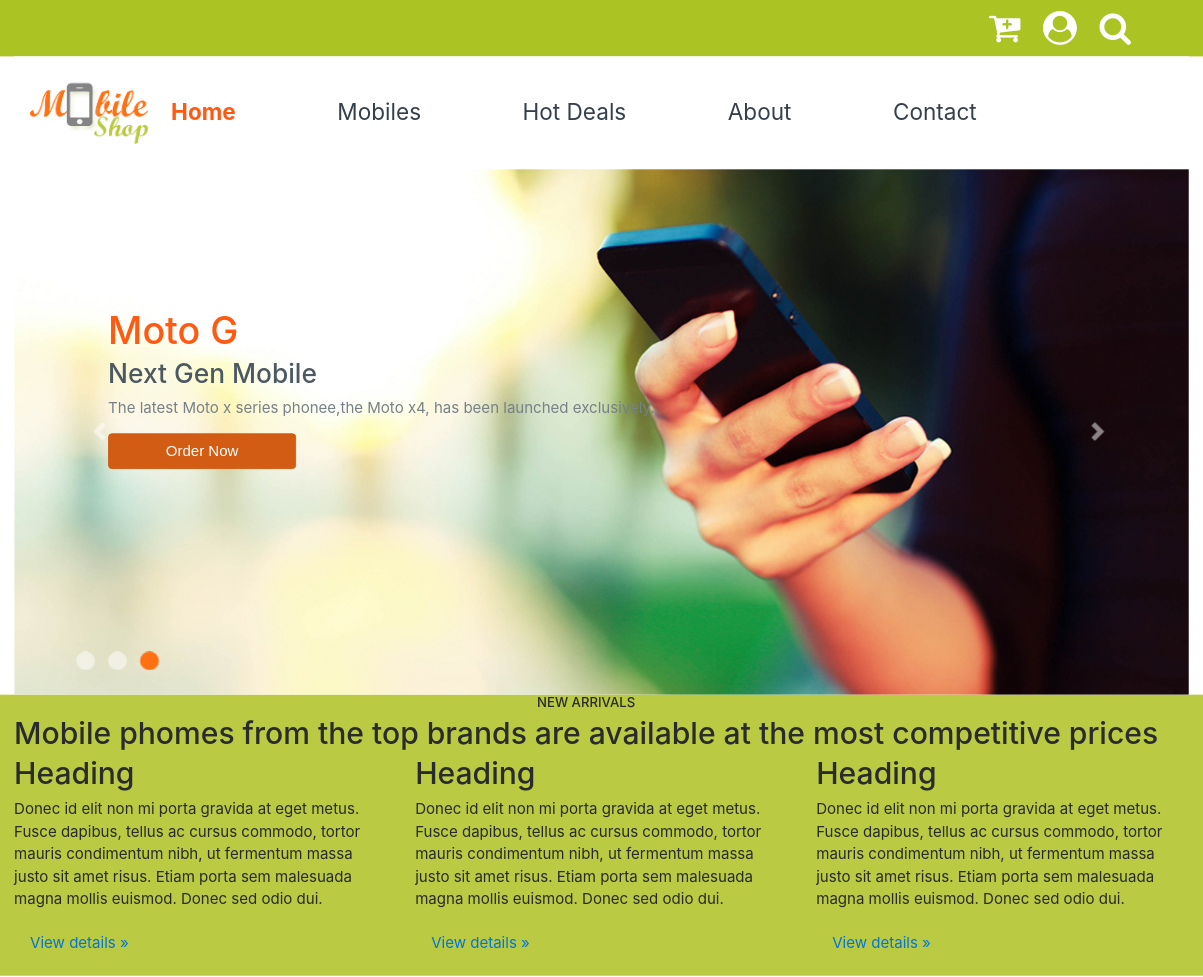
Repository: rajmohanr/mobile
Page: index.html
These files come from the project's save history. The page is drawn as it stood at one moment and after the next save; the edit follows.
The browser window is 1280 px wide. The pictures show the whole page, at 94% of full size.

Above is the page before, as saved 2018-03-31 13:18:32.
Console error (its wording comes from the project's code and is left out).

### index.html
<!DOCTYPE html>
<html lang="en">
  <head>
    <meta charset="utf-8">
    <meta http-equiv="X-UA-Compatible" content="IE=edge">
    <meta name="viewport" content="width=device-width, initial-scale=1">

    <title>Bootstrap 4, from LayoutIt!</title>

    <meta name="description" content="Source code generated using layoutit.com">
    <meta name="author" content="LayoutIt!">

    <link href="css/bootstrap.min.css" rel="stylesheet">
	<link href="css/style.css" rel="stylesheet">
	<link rel="stylesheet" href="https://cdnjs.cloudflare.com/ajax/libs/font-awesome/4.7.0/css/font-awesome.min.css">

  </head>
  <body>

    <div class="container-fluid">
	<div class="row">
		<div class="col-md-12">
			<div class="row">
				<div class="col-md-12 top-bar">
					<a href="#" class="top-bar-icons last-icon"><i class="fa fa-search"  style="font-size:36px;color:white;"></i></a>
					<a href="#" class="top-bar-icons"><i class="fa fa-user-circle"  style="font-size:36px;color:white;"></i></a>
					<a href="#" class="top-bar-icons"><i class="fa fa-cart-plus"  style="font-size:36px;color:white;"></i></a>
				</div>
			</div>
			<nav class="navbar navbar-toggleable-md navbar-light bg-faded">

				<button class="navbar-toggler navbar-toggler-right" type="button" data-toggle="collapse" data-target="#bs-example-navbar-collapse-1">
					<span class="navbar-toggler-icon"></span>
				</button> <a class="navbar-brand" href="#"><img src="images/logo.png" /></a>
				<div class="collapse navbar-collapse" id="bs-example-navbar-collapse-1">
					<ul class="navbar-nav float-md-right">
						<li class="nav-item active">
							 <a class="nav-link" href="#">Home <span class="sr-only">(current)</span></a>
						</li>
						<li class="nav-item">
							 <a class="nav-link" href="#">Mobiles</a>
						</li>
						<li class="nav-item">
								<a class="nav-link" href="#">Hot Deals</a>
						</li>
						<li class="nav-item">
								<a class="nav-link" href="#">About</a>
						</li>
						<li class="nav-item">
								<a class="nav-link" href="#">Contact</a>
						</li>
					</ul>
				</div>
			</nav>

			<div class="row">
				<div class="col-md-12">
					<div class="carousel slide" id="carousel-452932">
						<ol class="carousel-indicators">
							<li data-slide-to="0" data-target="#carousel-452932">
							</li>
							<li data-slide-to="1" data-target="#carousel-452932">
							</li>
							<li data-slide-to="2" data-target="#carousel-452932" class="active">
							</li>
						</ol>
						<div class="carousel-inner">
							<div class="carousel-item">
								<img class="d-block w-100" alt="Carousel Bootstrap First" src="images/carosuel.png" />
								<div class="carousel-caption">
									<h4>
										Moto G
									</h4>
									<h3>
										Next Gen Mobile
									</h3>
									<p>
										The latest Moto x series phonee,the Moto x4, has been launched exclusively.
									</p>
									<button type="button" class="btn btn-primary">Order Now</button>
								</div>
							</div>
							<div class="carousel-item">
								<img class="d-block w-100" alt="Carousel Bootstrap Second" src="images/carosuel.png" />
								<div class="carousel-caption">
									<h4>
										Moto G
									</h4>
									<h3>
										Next Gen Mobile
									</h3>
									<p>
										The latest Moto x series phonee,the Moto x4, has been launched exclusively.
									</p>
									<button type="button" class="btn btn-primary">Order Now</button>
								</div>
							</div>
							<div class="carousel-item active">
								<img class="d-block w-100" alt="Carousel Bootstrap Third" src="images/carosuel.png" />
								<div class="carousel-caption">
									<h4>
										Moto G
									</h4>
									<h3>
										Next Gen Mobile
									</h3>
									<p>
										The latest Moto x series phonee,the Moto x4, has been launched exclusively.
									</p>
									<button type="button" class="btn btn-primary">Order Now</button>
								</div>
							</div>
						</div> <a class="carousel-control-prev" href="#carousel-452932" data-slide="prev"><span class="carousel-control-prev-icon"></span> <span class="sr-only">Previous</span></a> <a class="carousel-control-next" href="#carousel-452932" data-slide="next"><span class="carousel-control-next-icon"></span> <span class="sr-only">Next</span></a>
					</div>
				</div>
			</div>

		</div>
	</div>
	<div id="middle-wrapper" class="row">
		<div id="middle-title">
			<div class="col-md-12">
				<h1 class="text-center">
						NEW ARRIVALS
				</h1>
				<h2 class="text-center">
					Mobile phomes from the top brands are available at the most competitive prices
				</h2>
			</div>
		</div>
		<div class="col-md-4">
			<h2>
				Heading
			</h2>
			<p>
				Donec id elit non mi porta gravida at eget metus. Fusce dapibus, tellus ac cursus commodo, tortor mauris condimentum nibh, ut fermentum massa justo sit amet risus. Etiam porta sem malesuada magna mollis euismod. Donec sed odio dui.
			</p>
			<p>
				<a class="btn" href="#">View details »</a>
			</p>
		</div>
		<div class="col-md-4">
			<h2>
				Heading
			</h2>
			<p>
				Donec id elit non mi porta gravida at eget metus. Fusce dapibus, tellus ac cursus commodo, tortor mauris condimentum nibh, ut fermentum massa justo sit amet risus. Etiam porta sem malesuada magna mollis euismod. Donec sed odio dui.
			</p>
			<p>
				<a class="btn" href="#">View details »</a>
			</p>
		</div>
		<div class="col-md-4">
			<h2>
				Heading
			</h2>
			<p>
				Donec id elit non mi porta gravida at eget metus. Fusce dapibus, tellus ac cursus commodo, tortor mauris condimentum nibh, ut fermentum massa justo sit amet risus. Etiam porta sem malesuada magna mollis euismod. Donec sed odio dui.
			</p>
			<p>
				<a class="btn" href="#">View details »</a>
			</p>
		</div>
	</div>
	<div class="row">
		<div class="col-md-12">
		</div>
	</div>
</div>

    <script src="js/jquery.min.js"></script>
    <script src="js/bootstrap.min.js"></script>
    <script src="js/scripts.js"></script>
  </body>
</html>

### css/style.css
.top-bar{
    height: 60px;
    background-color: #acc324;
}

.top-bar-icons{
    float: right;
    padding: 12px;
    position: relative;
}

.last-icon{
    margin-right: 50px;
}

.navbar{
    height: 120px;
    background-color: #fff;
}

.navbar-light .navbar-nav .active>.nav-link, .navbar-light .navbar-nav .nav-link.active, .navbar-light .navbar-nav .nav-link.open, .navbar-light .navbar-nav .open>.nav-link{
    color: #ff5912!important;
    font-weight: bold;
    font-size: 24px;
}

.navbar-nav .nav-link{
    padding-right: 100px!important;
}

.navbar-light .navbar-nav .nav-link{
    color: #34404b!important;
    font-size: 24px;
}

.carousel-caption{
    text-align: left!important;
    left: 100px!important;
    bottom: 0px!important;
    top:130px!important;
}

.carousel-caption h4{
    color: #ff5912!important;
    font-size: 2.5rem!important;
}

.carousel-caption h3{
    color: #4C5963!important;
}

.carousel-caption p{
    color: #788186!important;
}
.btn-primary{
    color: #fff;
    background-color: #D25C14!important;
    border-color: #D25C14!important;
    width: 200px;
}

.carousel-indicators li {
    border-radius: 12px;
    width: 20px;
    height: 20px;
    max-width: 20px!important;
    margin-right: 1%;
}
.carousel-indicators {
    margin-right: 5%!important;
    margin-left: 5%!important;
    justify-content: left!important;
}

.carousel-indicators .active {
    background-color: #FF7013!important;
}

#middle-wrapper{
    background-color: #BACA43;
}

#middle-title h1{
    font-size: 14px;
}

Loaded but not shown: css/bootstrap.min.css (library); js/jquery.min.js (library); js/bootstrap.min.js (library); js/scripts.js (common file)

After the next save:
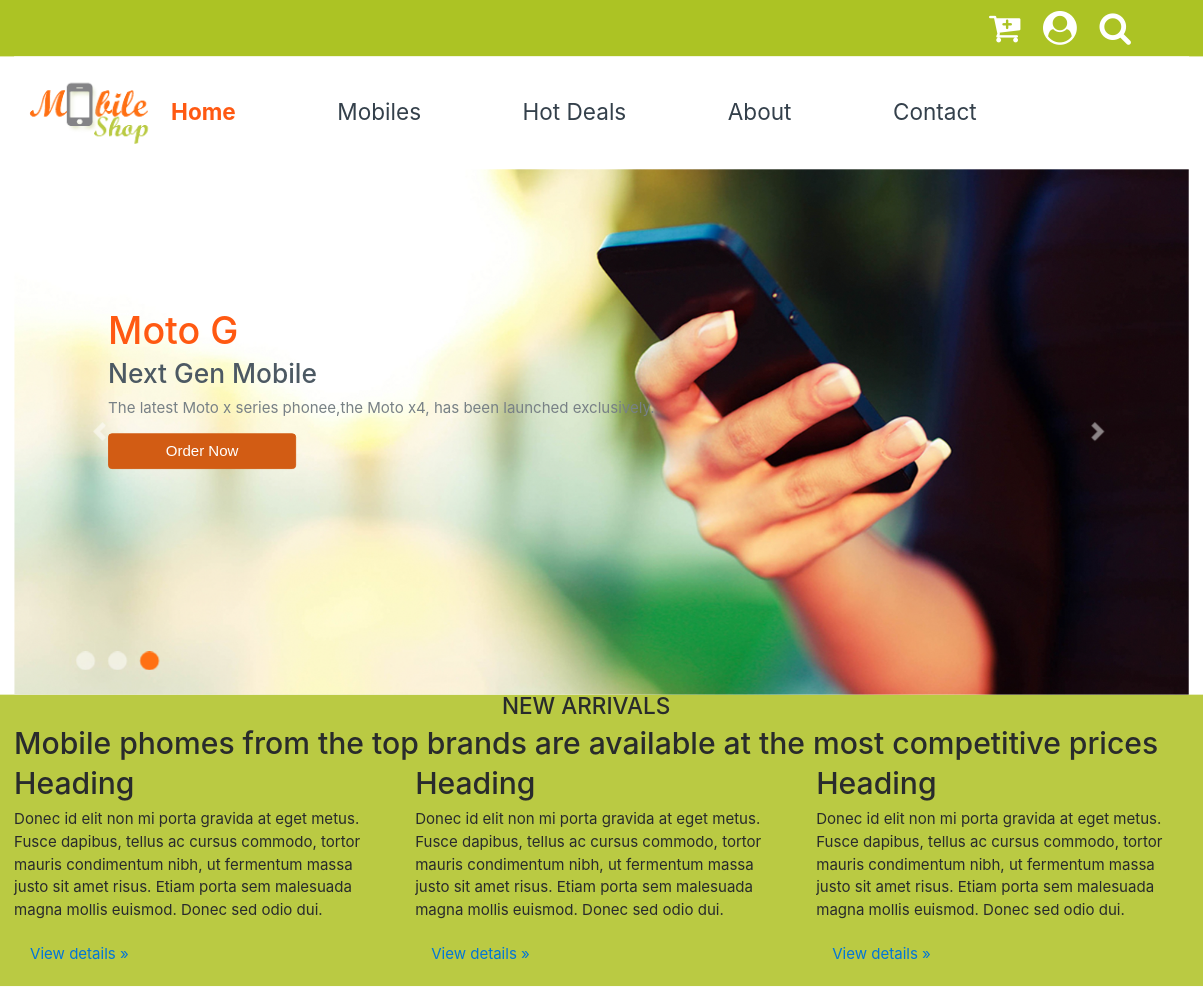
Saved 18 s later.
--- a/css/style.css
+++ b/css/style.css
@@ -81,5 +81,5 @@
 }
 
 #middle-title h1{
-    font-size: 14px;
+    font-size: 1.5rem;
 }
